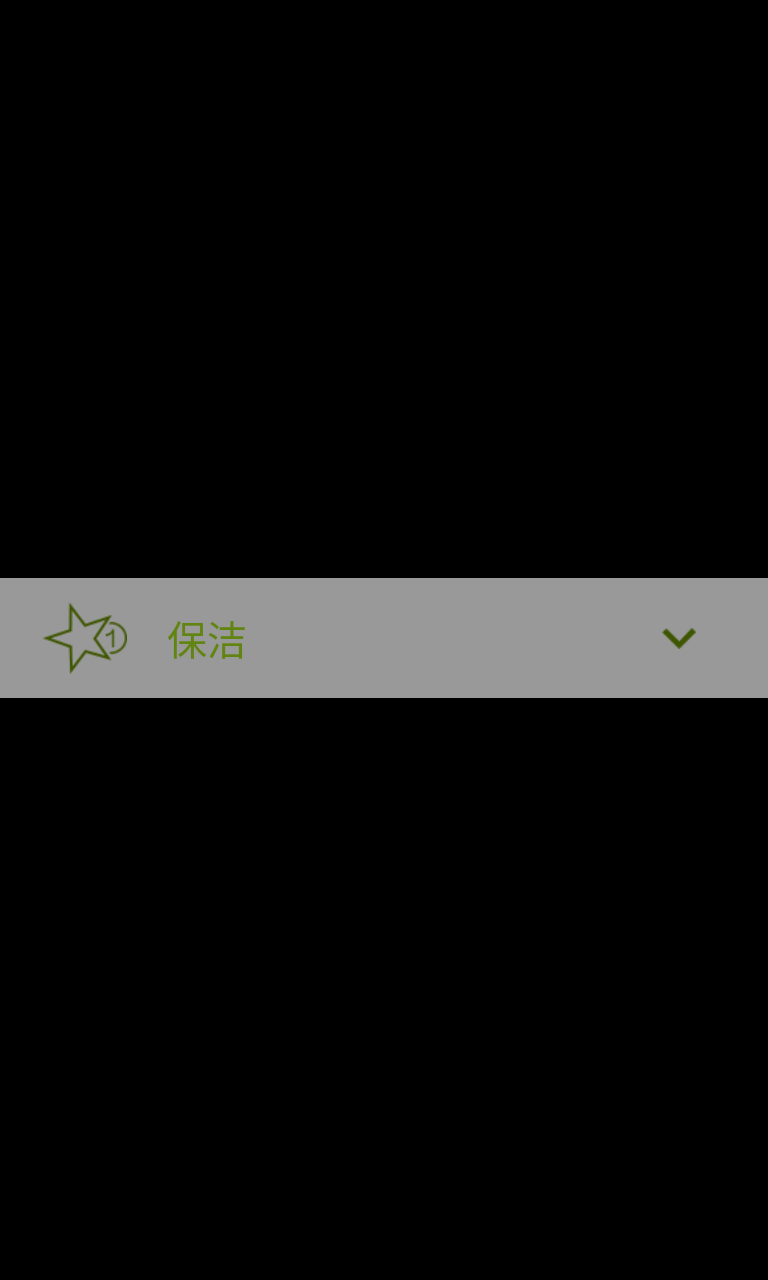
Repository: appleseedez/rongmeme-android
Layout: rmm/res/layout/star_item.xml
An editor plug-in stored every save of this project. The layout is shown before and after the next save, followed by the edit.
It is drawn on a 768 x 1280 px phone screen (xhdpi) without system bars, with theme AppTheme; the app's code is not run.

Above is the layout before, as saved 2014-07-02 12:52:04.

After the next save:
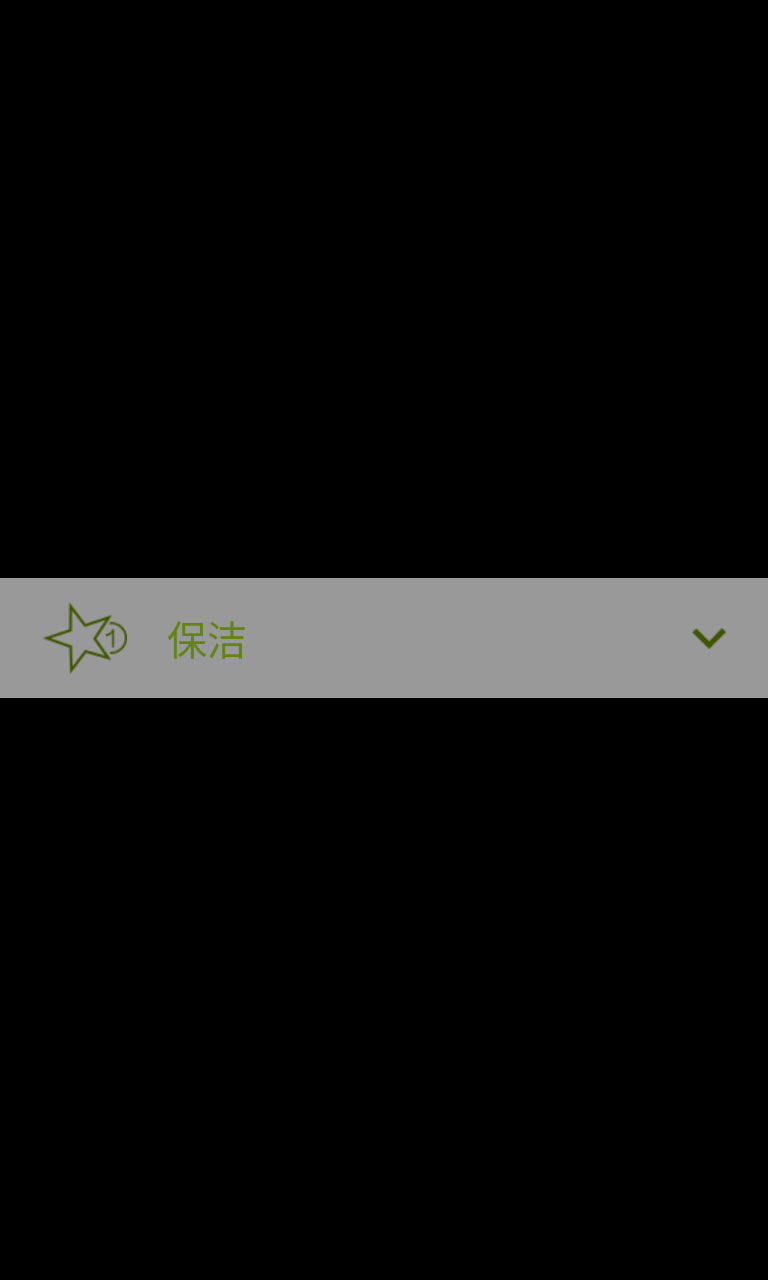
Saved 2 min 15 s later.
--- a/rmm/res/layout/star_item.xml
+++ b/rmm/res/layout/star_item.xml
@@ -40,7 +40,7 @@
             android:layout_height="50dp"
             android:layout_alignParentRight="true"
             android:layout_centerVertical="true"
-            android:layout_marginRight="20dp"
+            android:layout_marginRight="5dp"
             android:background="@null"
             android:contentDescription="@string/si_big_category_pull_down_imageButton_desc"
             android:src="@drawable/pull_down" />
